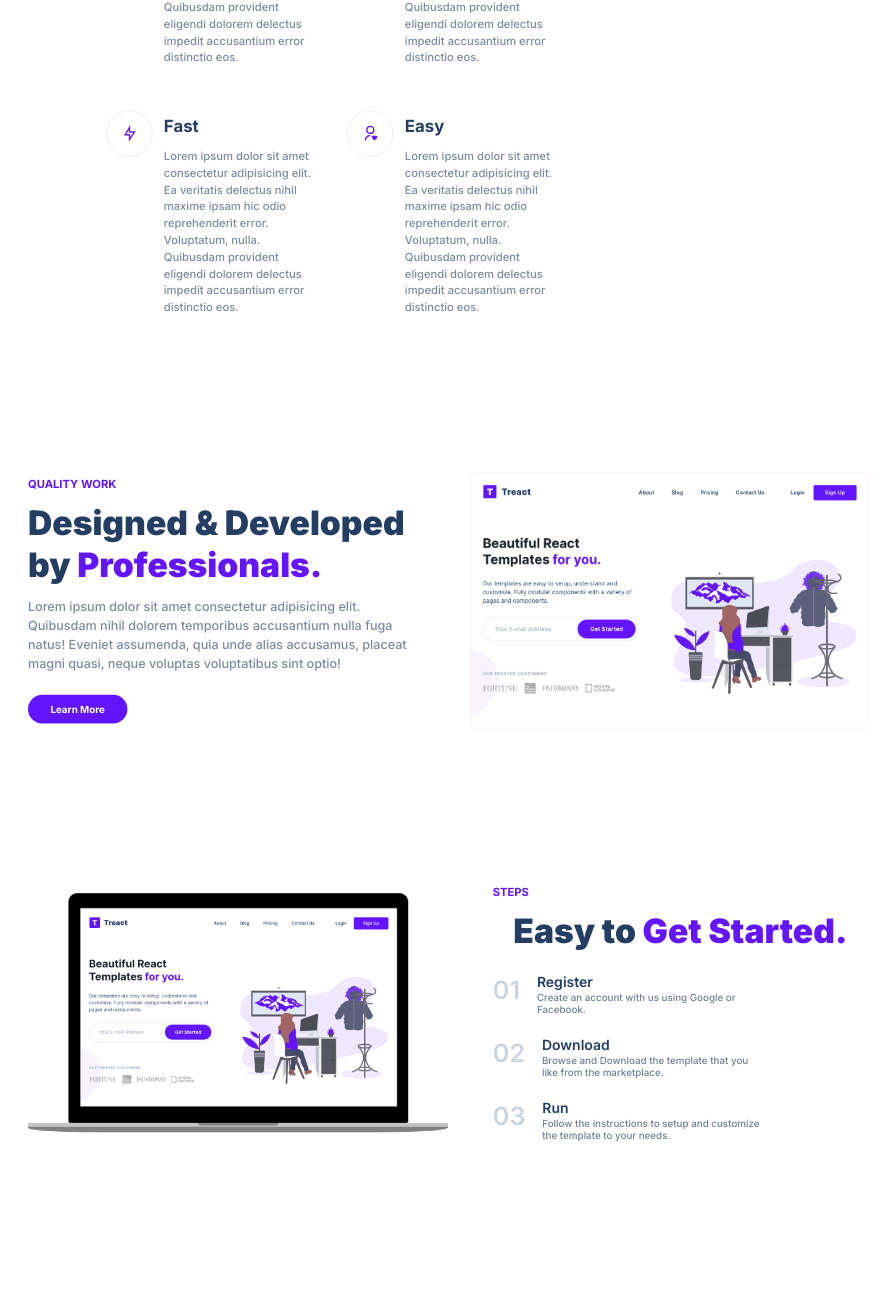
Repository: avivanguyen/m2_fianlProject
Page: index.html
The author's editor kept a copy of each file at every save. The page is drawn from the files as they stood at one save, then again after the next save.
The browser window is 1280 px wide. The pictures show the part of the page from y = 1661 to 3581 px (the page is 3515 px tall before and 3581 px after), at 70% of full size.
Some web libraries are served in a nearby version.

Above is the page before, as saved 2025-12-09 02:32:43.

After the next save:
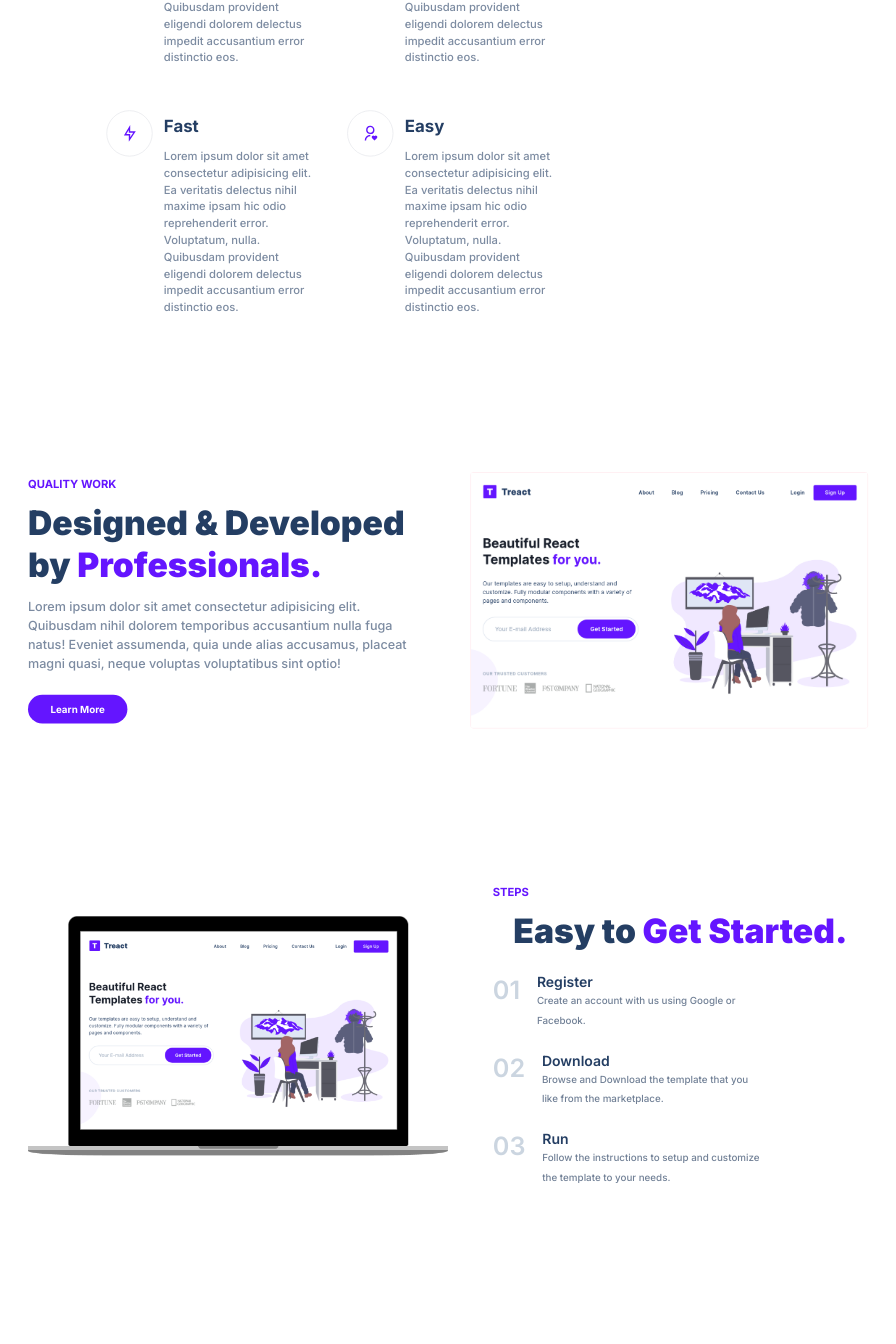
Saved 5 s later.
--- a/styles.css
+++ b/styles.css
@@ -388,5 +388,5 @@ Steps styling
     color: #718096;
     font-size: 14px;
     font-weight: 500;
-    line-height: ;
-}
+    line-height: 2;
+}
